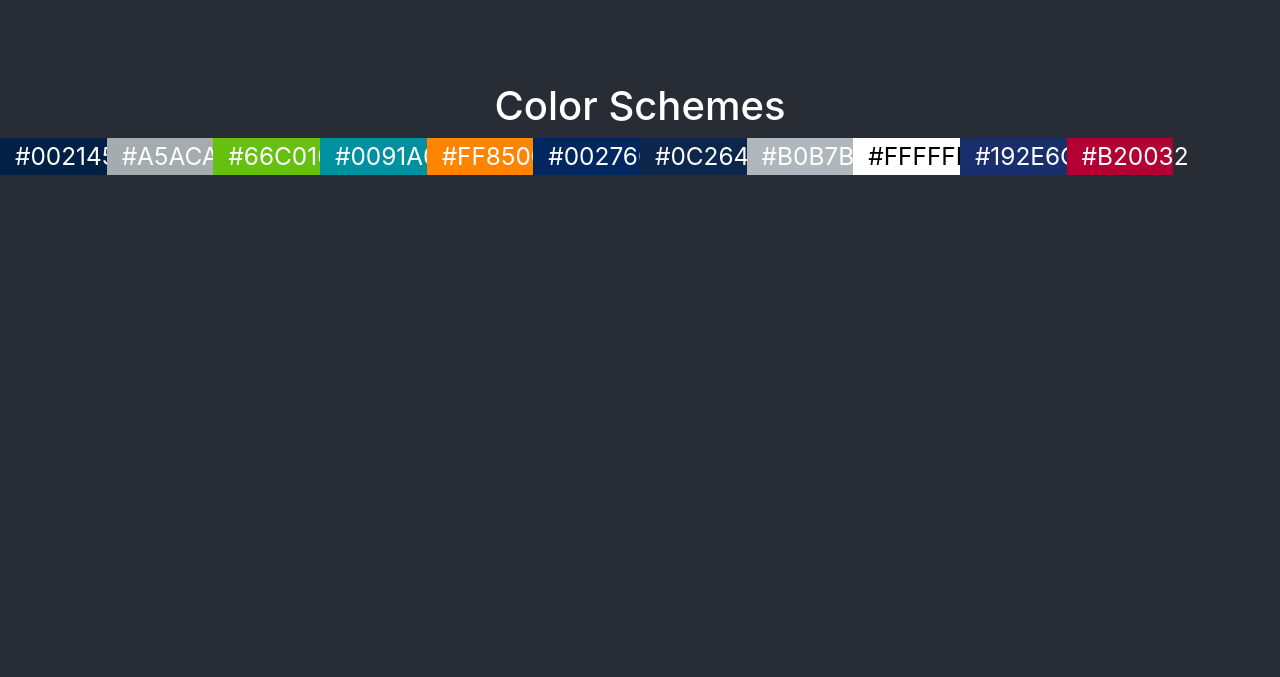
Repository: MikeTroianello/troianello.co
Page: /projects
An editor plug-in stored every save of this project. The page is shown before and after the next save, followed by the edit.
The browser window is 1280 px wide. The pictures show the whole page.
The project was rebuilt for these pictures with package versions that can differ from the ones it lists, and the page was loaded fresh each time.

Above is the page before, as saved 2019-06-24 18:06:18.

After the next save:
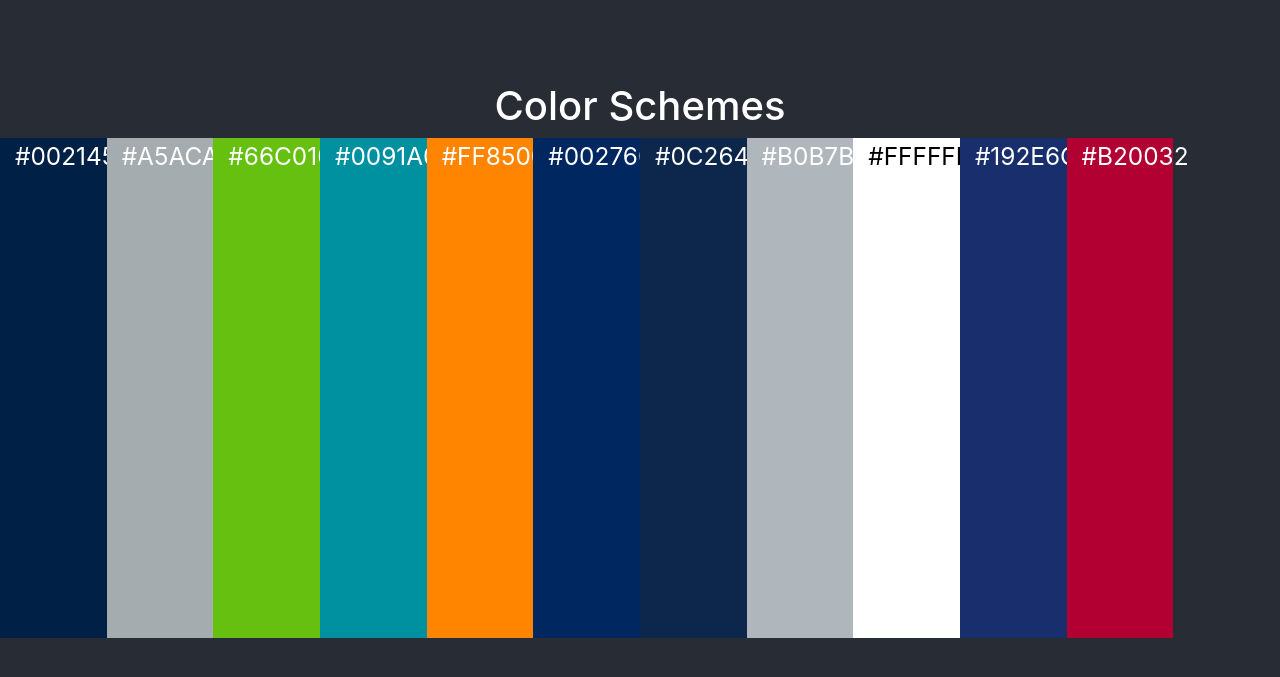
Saved 4 s later.
--- a/src/App.css
+++ b/src/App.css
@@ -47,7 +47,7 @@
 .container-fluid {
   height: 500px;
 }
-.row1 {
+.row {
   height: 500px;
 }
 
